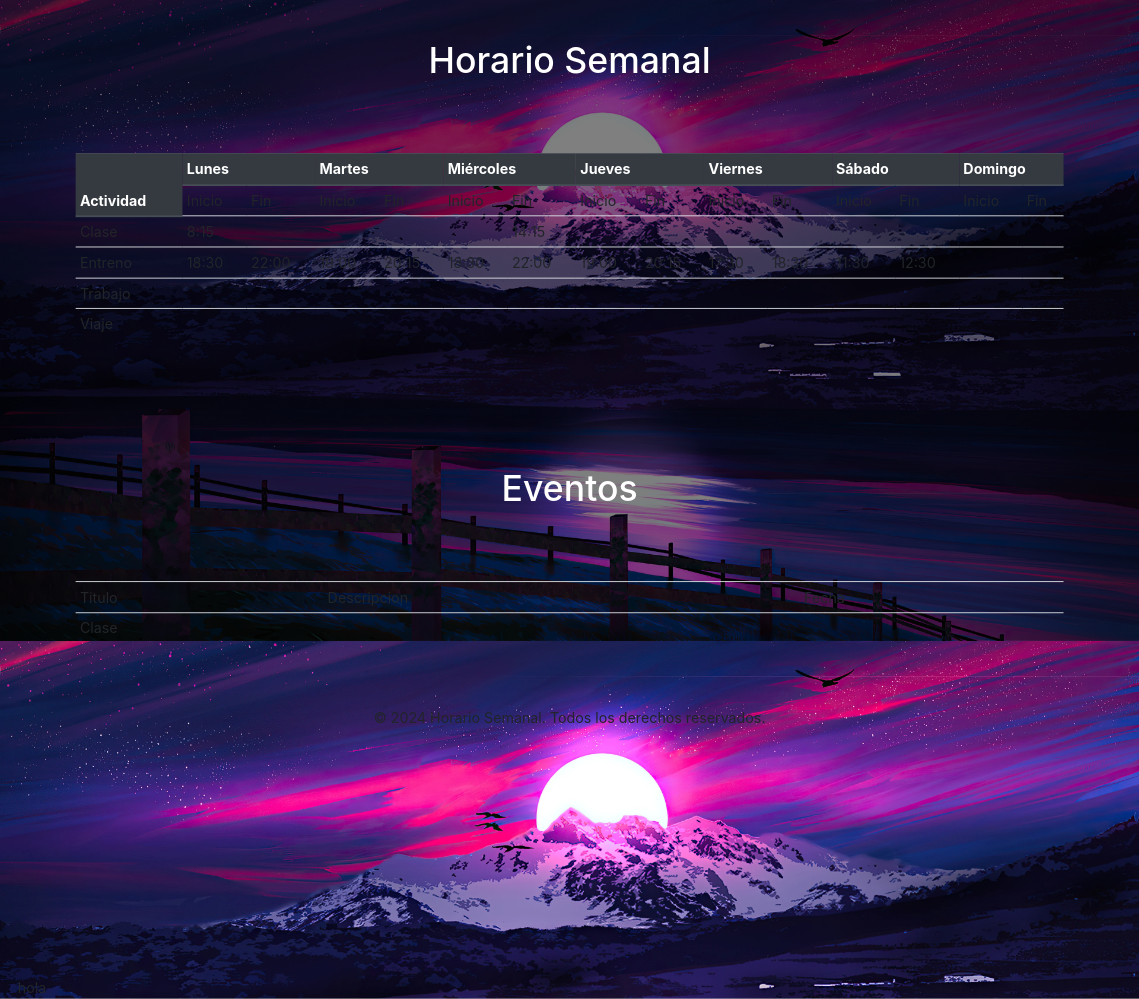
Repository: demoniers/demonIers.github.io
Page: calendar/index.html
The author's editor kept a copy of each file at every save. The page is drawn from the files as they stood at one save, then again after the next save.
The browser window is 1280 px wide. The pictures show the whole page, at 89% of full size.
Backgrounds fixed to the window are drawn as part of the page. Some web libraries are served in a nearby version.

Above is the page before, as saved 2024-10-16 13:31:42.

### calendar/index.html
<!DOCTYPE html>
<html lang="es">
<head>
  <meta charset="UTF-8">
  <meta name="viewport" content="width=device-width, initial-scale=1.0">
  <title>Organigrama</title>
  <link href="https://stackpath.bootstrapcdn.com/bootstrap/4.5.2/css/bootstrap.min.css" rel="stylesheet">
  <link rel="stylesheet" href="./css/style.css">
  <!DOCTYPE html>
  <html lang="es">
  <head>
    <meta charset="UTF-8">
    <meta name="viewport" content="width=device-width, initial-scale=1.0">
    <title>Horario Semanal</title>
    <link href="https://stackpath.bootstrapcdn.com/bootstrap/4.5.2/css/bootstrap.min.css" rel="stylesheet">
  </head>
  <body>
    <div class="paralax"></div>
      <div class="content">
        <header class="text-white text-center py-4">
          <h1>Horario Semanal</h1>
        </header>
        <main class="container my-5">
          <table class="table table-sm">
            <thead class="thead-dark">
                <tr>
                  <th rowspan="2">Actividad</th>
                  <th colspan="2">Lunes</th>
                  <th colspan="2">Martes</th>
                  <th colspan="2">Miércoles</th>
                  <th colspan="2">Jueves</th>
                  <th colspan="2">Viernes</th>
                  <th colspan="2">Sábado</th>
                  <th colspan="2">Domingo</th>
                </tr>
                <tr>
                  <td class="cuerpo">Inicio</td>
                  <td class="cuerpo">Fin</td>
                  <td class="cuerpo">Inicio</td>
                  <td class="cuerpo">Fin</td>
                  <td class="cuerpo">Inicio</td>
                  <td class="cuerpo">Fin</td>
                  <td class="cuerpo">Inicio</td>
                  <td class="cuerpo">Fin</td>
                  <td class="cuerpo">Inicio</td>
                  <td class="cuerpo">Fin</td>
                  <td class="cuerpo">Inicio</td>
                  <td class="cuerpo">Fin</td>
                  <td class="cuerpo">Inicio</td>
                  <td class="cuerpo">Fin</td>
                </tr>
            </thead>
            <tbody>
              <tr>
                <td>Clase</td>
                <td colspan="5" class="cuerpo">8:15</td>
                <td colspan="5" class="cuerpo">14:15</td>
                <td class="cuerpo"></td>
                <td class="cuerpo"></td>
                <td class="cuerpo"></td>
                <td class="cuerpo"></td>
              </tr>
              <tr>
                <td>Entreno</td>
                <td class="cuerpo">18:30 </td><td class="cuerpo"> 22:00</td>
                <td class="cuerpo">19:00 </td><td class="cuerpo"> 20:15</td>
                <td class="cuerpo">18:30 </td><td class="cuerpo"> 22:00</td>
                <td class="cuerpo">19:00 </td><td class="cuerpo"> 20:15</td>
                <td class="cuerpo">17:30 </td><td class="cuerpo"> 18:30</td>
                <td class="cuerpo">11:30 </td><td class="cuerpo"> 12:30</td>
                <td class="cuerpo"></td><td class="cuerpo"> </td>
              </tr>
              <tr>
                <td>Trabajo</td>
                <td class="cuerpo"></td><td class="cuerpo"> </td>
                <td class="cuerpo"></td><td class="cuerpo"> </td>
                <td class="cuerpo"></td><td class="cuerpo"> </td>
                <td class="cuerpo"></td><td class="cuerpo"> </td>
                <td class="cuerpo"></td><td class="cuerpo"> </td>
                <td class="cuerpo"></td><td class="cuerpo"> </td>
                <td class="cuerpo"></td><td class="cuerpo"> </td>
              </tr>
              <tr>
                <td>Viaje</td>
                <td class="cuerpo"></td><td class="cuerpo"> </td>
                <td class="cuerpo"></td><td class="cuerpo"> </td>
                <td class="cuerpo"></td><td class="cuerpo"> </td>
                <td class="cuerpo"></td><td class="cuerpo"> </td>
                <td class="cuerpo"></td><td class="cuerpo"> </td>
                <td class="cuerpo"></td><td class="cuerpo"> </td>
                <td class="cuerpo"></td><td class="cuerpo"> </td>
              </tr>
            </tbody>
          </table>
        </main>
        <br><br><br>
        <header class="text-white text-center py-4">
          <h1>Eventos</h1>
        </header>
        <main class="container my-5">
          <table class="table table-sm">
            <thead class="">
                <tr>
                  <td class="cuerpo">Titulo</td>
                  <td class="cuerpo">Descripcion</td>
                  <td class="cuerpo">Fecha</td>
                </tr>
            </thead>
            <tbody>
              <tr>
                <td>Clase</td>
                <td class="cuerpo"></td>
                <td class="cuerpo"></td>
              </tr>
            </tbody>
          </table>
        </main>
        <footer class="text-center py-4">
          <p>&copy; 2024 Horario Semanal. Todos los derechos reservados.</p>
        </footer>
        <br><br><br><br><br><br><br><br><br><br><p>hola</p>
      </div>

    <script src="https://code.jquery.com/jquery-3.5.1.slim.min.js"></script>
    <script src="https://cdn.jsdelivr.net/npm/@popperjs/core@2.5.2/dist/umd/popper.min.js"></script>
    <script src="https://stackpath.bootstrapcdn.com/bootstrap/4.5.2/js/bootstrap.min.js"></script>
  </body>
  </html>

### calendar/css/style.css
        /* Estilo que aplica al cuerpo de la página */

        body, html {
            background-image: url(../img/fondo.jpg);
            height: 100%;
            background-attachment: fixed;
            background-position: center;
            background-repeat: no-repeat;
            background-size: cover;
        }
        .content {
            height: 100%;
            padding: 20px;
            background: rgba(0, 0, 0, 0.5);
        }
        table tr th td {
            background-color:none;
            border: 1px;
        }

After the next save:
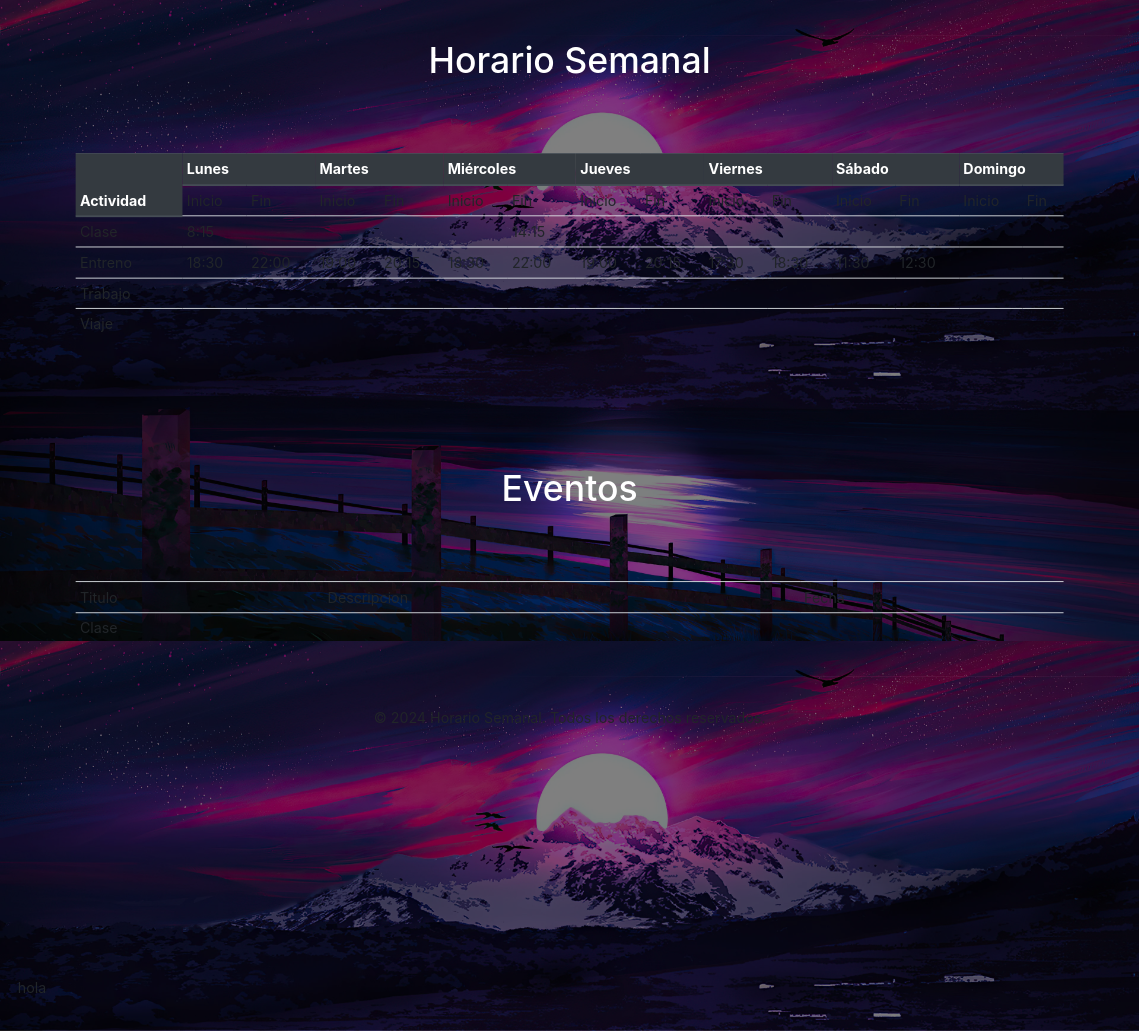
Saved 11 s later.
--- a/calendar/css/style.css
+++ b/calendar/css/style.css
@@ -2,7 +2,6 @@
 
         body, html {
             background-image: url(../img/fondo.jpg);
-            height: 100%;
             background-attachment: fixed;
             background-position: center;
             background-repeat: no-repeat;

After the save that followed:
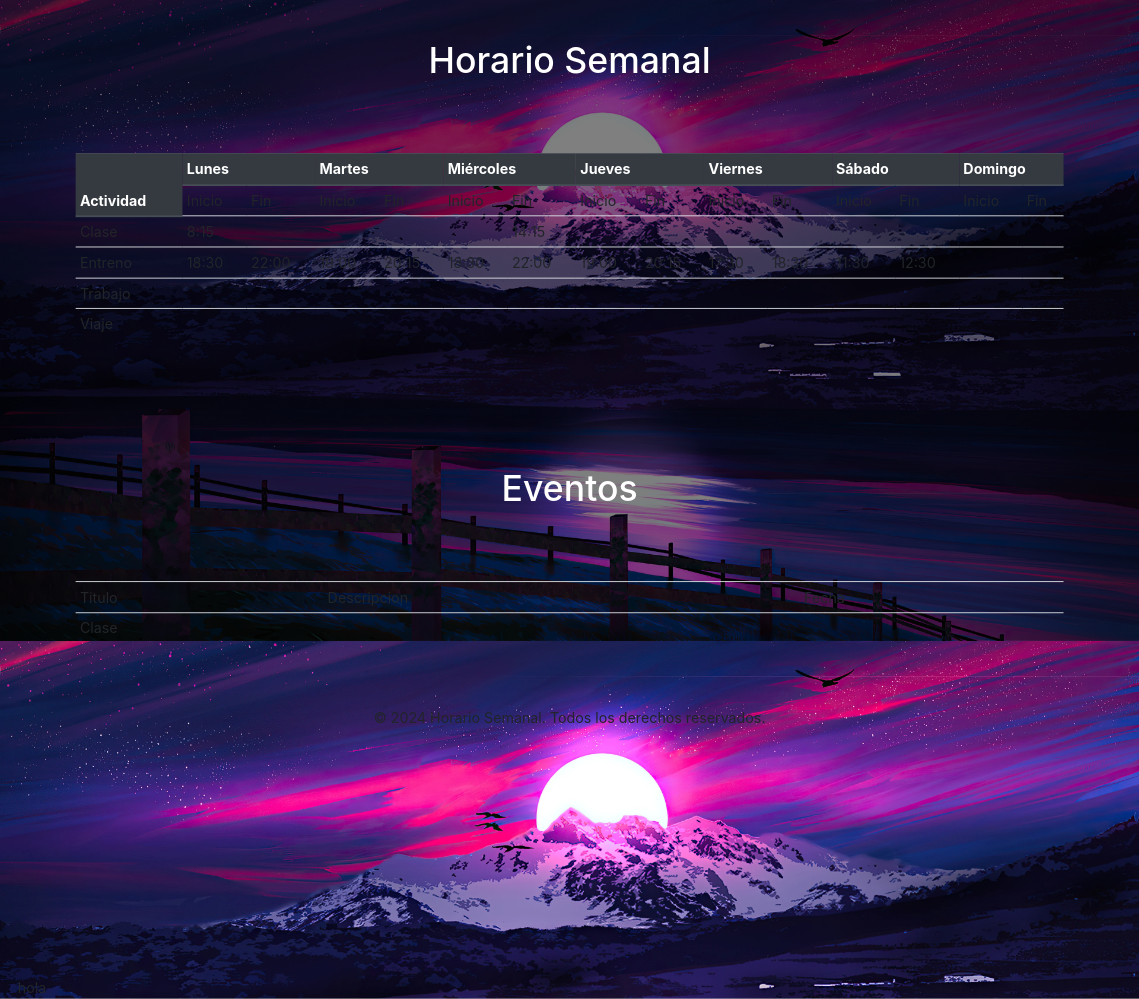
Saved 3 s later.
--- a/calendar/css/style.css
+++ b/calendar/css/style.css
@@ -2,6 +2,7 @@
 
         body, html {
             background-image: url(../img/fondo.jpg);
+            height: 100%;
             background-attachment: fixed;
             background-position: center;
             background-repeat: no-repeat;
